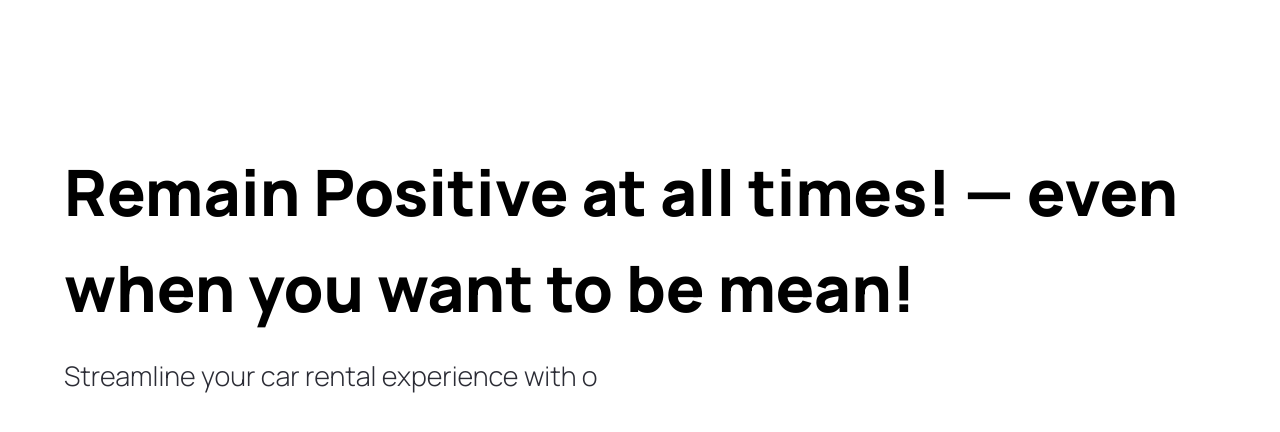
Repository: MikeeBuilds/driver
Page: /
An editor plug-in stored every save of this project. The page is shown before and after the next save, followed by the edit.
The browser window is 1280 px wide. The pictures show the whole page.
The project was rebuilt for these pictures with package versions that can differ from the ones it lists, and the page was loaded fresh each time. The framework's server and built-in components were replaced by stand-ins that run in the browser. Also part of the build but not shown: next.config.js.

Above is the page before, as saved 2023-06-21 21:39:17.

### app/page.tsx
import Hero from '@/components/Hero'
import Image from 'next/image'

export default function Home() {
  return (
    <main className="overflow-hidden">
      <Hero />
    </main>
  )
}

### components/Hero.tsx
import React from 'react'
import Image from 'next/image'

const Hero = () => {
  return (
    <div className='hero'>
        <div className='flex-1 pt-36 padding-x'>
            <h1 className='hero__title'>
                Remain Positive at all times! — even when you want to be mean!
            </h1>

            <p className='hero__subtitle'>
                Streamline your car rental experience
                with o
            </p>
        </div>
    </div>
  )
}

export default Hero

Loaded but not shown: app/layout.tsx (common file); app/globals.css (common file); tailwind.config.js (common file)

After the next save:
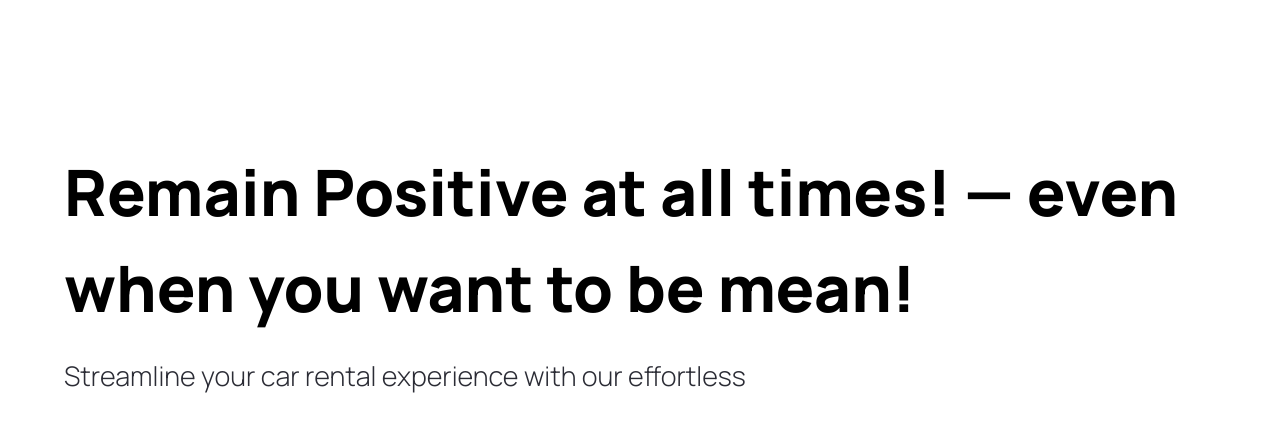
Saved 6 s later.
--- a/components/Hero.tsx
+++ b/components/Hero.tsx
@@ -11,7 +11,7 @@ const Hero = () => {
 
             <p className='hero__subtitle'>
                 Streamline your car rental experience
-                with o
+                with our effortless
             </p>
         </div>
     </div>
